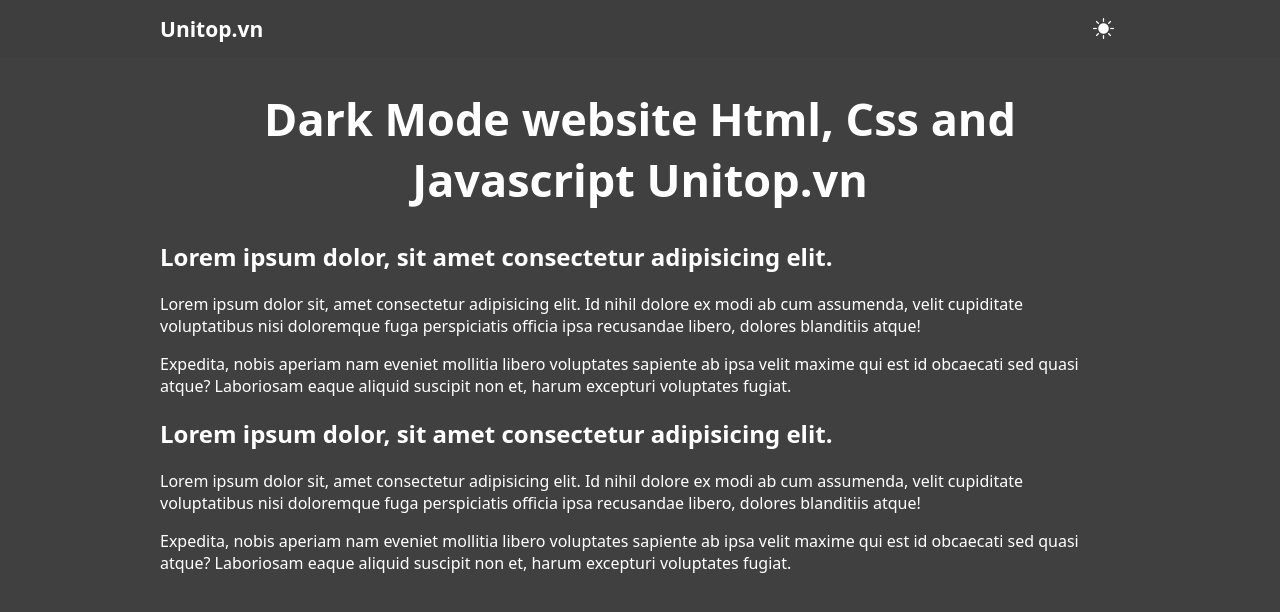
Repository: ducdatit2002/dark-mode-demo
Page: index.html
An editor plug-in stored every save of this project. The page is shown before and after a run of saves, followed by the edit.
The browser window is 1280 px wide. The pictures show the whole page.
After loading, the first visible `i.bi` was clicked once.

Above is the page before, as saved 2023-08-22 16:58:11.

### index.html
<!DOCTYPE html>
<html lang="en">
<head>
   <meta charset="UTF-8">
   <meta http-equiv="X-UA-Compatible" content="IE=edge">
   <meta name="viewport" content="width=device-width, initial-scale=1.0">
   <title>Dark Mode</title>
   <link rel="stylesheet" href="./index.css">
</head>
<body class="">
   <div id="wrapper">
      <div id="header">
         <div class="container d-flex justify-content-between align-items-center">
            <a href="" id="logo">Unitop.vn</a>
            <button id="switch-mode">
               <i class="bi bi-moon-stars-fill"></i>
            </button>
         </div>
      </div>
      <div id="content" class="container">
         <h1>Dark Mode website Html, Css and Javascript Unitop.vn</h1>
         <h2>Lorem ipsum dolor, sit amet consectetur adipisicing elit.</h2>
         <p>Lorem ipsum dolor sit, amet consectetur adipisicing elit. Id nihil dolore ex modi ab cum assumenda, velit cupiditate voluptatibus nisi doloremque fuga perspiciatis officia ipsa recusandae libero, dolores blanditiis atque!</p>
         <p>Expedita, nobis aperiam nam eveniet mollitia libero voluptates sapiente ab ipsa velit maxime qui est id obcaecati sed quasi atque? Laboriosam eaque aliquid suscipit non et, harum excepturi voluptates fugiat.</p>
         <h2>Lorem ipsum dolor, sit amet consectetur adipisicing elit.</h2>
         <p>Lorem ipsum dolor sit, amet consectetur adipisicing elit. Id nihil dolore ex modi ab cum assumenda, velit cupiditate voluptatibus nisi doloremque fuga perspiciatis officia ipsa recusandae libero, dolores blanditiis atque!</p>
         <p>Expedita, nobis aperiam nam eveniet mollitia libero voluptates sapiente ab ipsa velit maxime qui est id obcaecati sed quasi atque? Laboriosam eaque aliquid suscipit non et, harum excepturi voluptates fugiat.</p>
      </div>
   </div>

</body>
<script>
   const body = document.body;
   const switch_mode = document.querySelector('#switch-mode i');
   // Load mode
   let mode = localStorage.getItem('darkmode');
   if(mode=='true'){
      body.classList.add('dark');
      switch_mode.className = "bi bi-brightness-high-fill";
   }
   switch_mode.addEventListener('click', () =>{
      switch_mode.classList.toggle('bi-moon-stars-fill');
      switch_mode.classList.toggle('bi-brightness-high-fill');
      let mode = body.classList.toggle('dark');
      // save mode
      localStorage.setItem('darkmode', mode);
   });
</script>
</html>

### index.css
 @import url("https://cdn.jsdelivr.net/npm/bootstrap-icons@1.10.3/font/bootstrap-icons.css");
      body{
         margin: 0;
         font-family: system-ui, -apple-system, BlinkMacSystemFont, 'Segoe UI', Roboto, Oxygen, Ubuntu, Cantarell, 'Open Sans', 'Helvetica Neue', sans-serif;
      }
      .container{
         max-width: 960px;
         margin: 0 auto;
      }
      .d-flex{
         display: flex;
      }
      .justify-content-between{
         justify-content: space-between;
      }
      .align-items-center{
         align-items: center;
      }
      #header{
         background: #f5f5f5;
         padding: 15px 0px;
      }
      #header #logo{
         color: #333;
         text-decoration: none;
         font-size: 21px;
         font-weight: 600;
      }
      #header #switch-mode{
         outline: none;
         border: none;
         background: none;
         cursor: pointer;
      }
      #header #switch-mode i{
         font-size: 21px;
      }
      #content h1{
         text-align: center;
         font-size: 45px;
      }
      /* // Css Dark mode */
      body.dark{
         background: #404040;
         color: #fff;
      }
      body.dark #header{
         background: #3f3e3e;
      }
      body.dark #header #logo{
         color: #fff;
      }
      body.dark #header #switch-mode{
         color: #fff;
      }

After the next 2 saves:
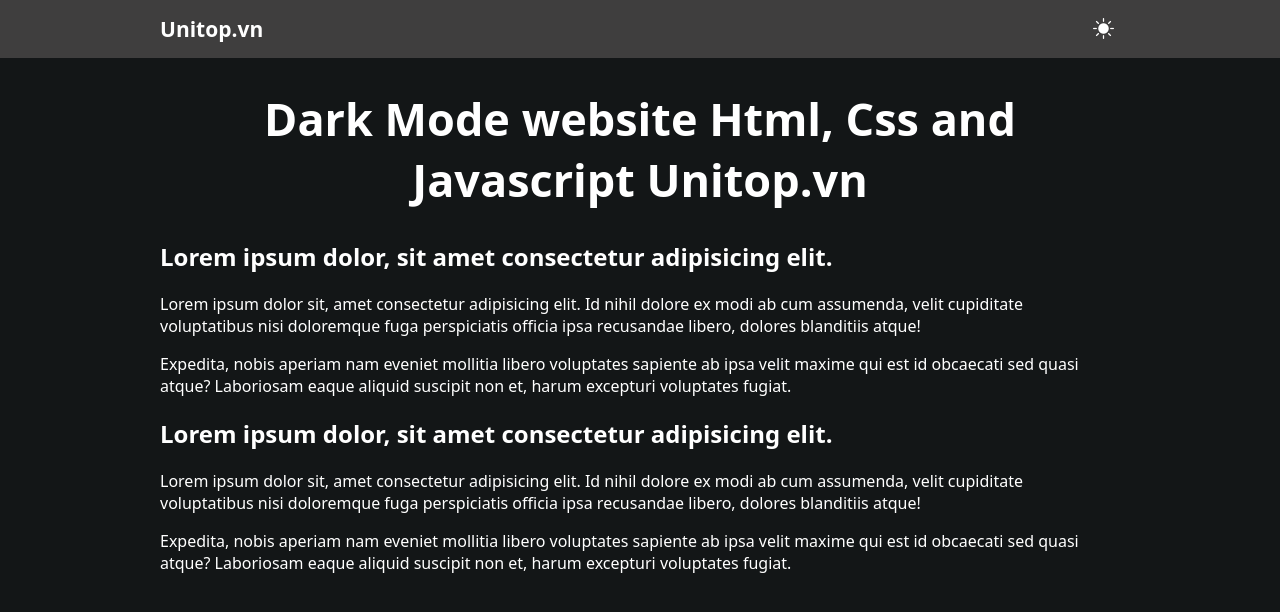
The 2 saves are shown as one change because they came seconds apart.
The last was saved 33 s later.
--- a/index.css
+++ b/index.css
@@ -41,7 +41,7 @@
       }
       /* // Css Dark mode */
       body.dark{
-         background: #404040;
+         background: #131617;
          color: #fff;
       }
       body.dark #header{
